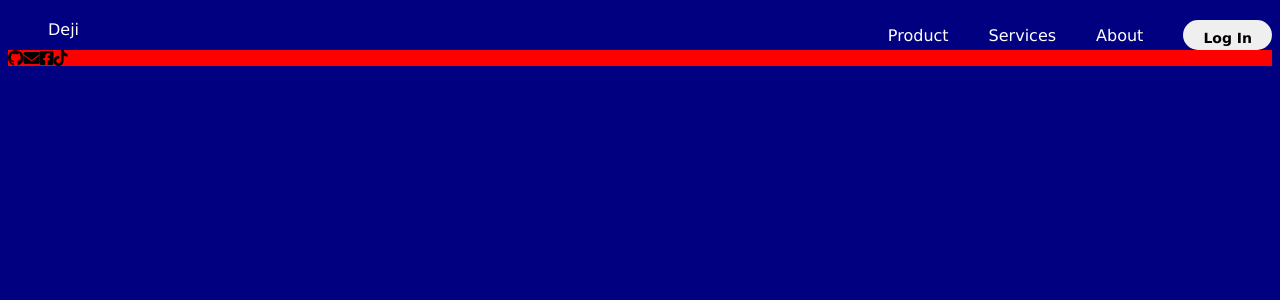
Repository: imokha01/Flexbox-and-Position-Example
Page: index.html
An editor plug-in stored every save of this project. The page is shown before and after a run of saves, followed by the edit.
The browser window is 1280 px wide. The pictures show the whole page.

Above is the page before, as saved 2023-11-21 16:18:47.

### index.html
<!DOCTYPE html>
<html lang="en">
  <head>
    <meta charset="UTF-8" />
    <meta name="viewport" content="width=device-width, initial-scale=1.0" />
    <title>Document</title>
    <link rel="stylesheet" href="./index.css" />
    <link
      rel="stylesheet"
      href="https://cdnjs.cloudflare.com/ajax/libs/font-awesome/6.4.2/css/all.min.css"
      integrity="sha512-z3gLpd7yknf1YoNbCzqRKc4qyor8gaKU1qmn+CShxbuBusANI9QpRohGBreCFkKxLhei6S9CQXFEbbKuqLg0DA=="
      crossorigin="anonymous"
      referrerpolicy="no-referrer"
    />
  </head>
  <body>
    <nav>
      <div id="logo">Deji</div>
      <div class="right">
        <div class="link_container">
          <a href="">Product</a>
          <a href="">Services</a>
          <a href="">About</a>
        </div>
        <button>Log In</button>
      </div>
    </nav>
    <main>
      <aside>
        <i class="fa-brands fa-github"></i>
        <i class="fa-solid fa-envelope"></i>
        <i class="fa-brands fa-square-facebook"></i>
        <i class="fa-brands fa-tiktok"></i>
        <i class="fa-brands fa-x-twitter"></i>
      </aside>
    </main>
  </body>
</html>

### index.css
body {
    background-color: navy;
}
nav {
    display: flex;
    justify-content: space-between;
    margin-left: 40px;
    margin-right: 4opx;
    margin-top: 20px;
    font-family: Verdana, Geneva, Tahoma, sans-serif;
    color: white;
    margin-bottom: ;
}

.right {
    display: flex;
    gap: 40px;
    color: white;
    align-items: center;
}
a {
    color: white;
    text-decoration: none;
}

.link_container {
    display: flex;
    gap: 40px;
}

button {
    /* width: 100px; */
    font-size: 14px;
    height: 30px;
    padding: 10px 20px;
    border-radius: 20px;
    cursor: pointer;
    font-weight: 600;
    border: none;
    font-family: Verdana, Geneva, Tahoma, sans-serif;
}

button:hover {
    background-color: aquamarine;

}

main {
    background-color: red;
    height: fit-content;
}

aside {
    display: flex;
    fd

}

After the next 2 saves:
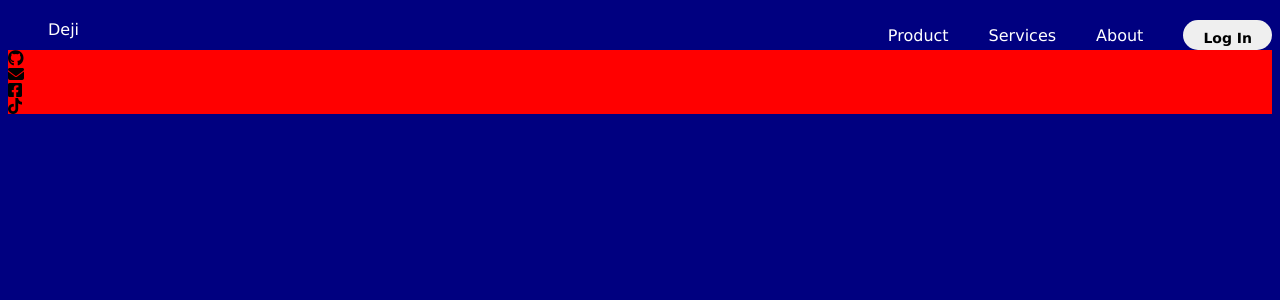
The 2 saves are shown as one change because they came seconds apart.
The last was saved 5 s later.
--- a/index.css
+++ b/index.css
@@ -52,6 +52,6 @@
 
 aside {
     display: flex;
-    fd
+    flex-direction: column;
 
 }
